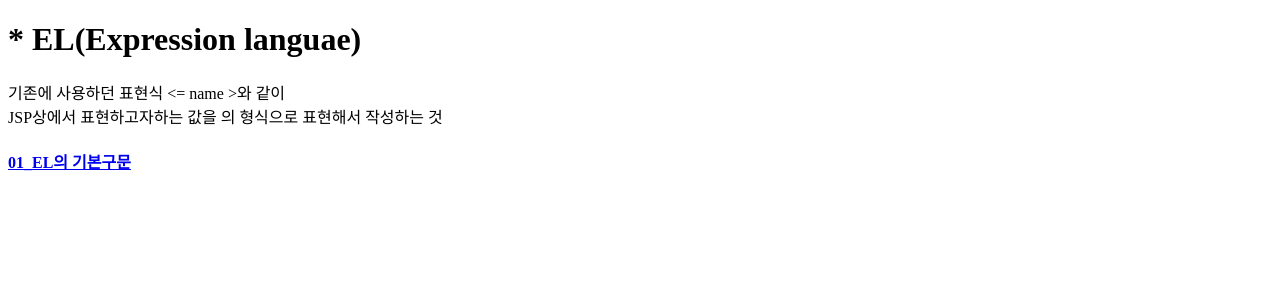
Repository: HwangInTae82/JSPProject
Page: http://localhost/elAction/
The author's editor kept a copy of each file at every save. The page is drawn from the files as they stood at one save, then again after the next save.
The browser window is 1280 px wide. The pictures show the whole page.
The page is served by Tomcat 9. The template is opened directly, without the code that normally fills it, so the values that code supplies are empty.

Above is the page before, as saved 2025-02-24 00:27:20.

After the next save:
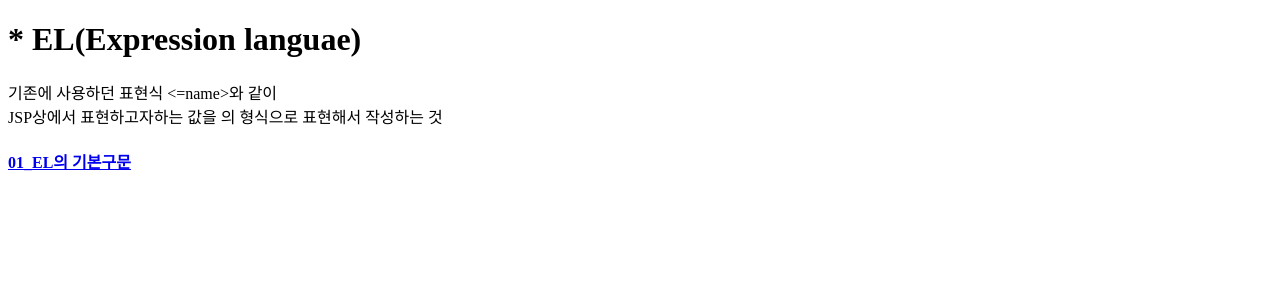
Saved 6 s later.
--- a/elAction/src/main/webapp/index.jsp
+++ b/elAction/src/main/webapp/index.jsp
@@ -10,7 +10,7 @@
     <h1>* EL(Expression languae)</h1>
 
     <p>
-        기존에 사용하던 표현식 &lt;= name &gt;와 같이 <br>
+        기존에 사용하던 표현식 &lt;=name&gt;와 같이 <br>
         JSP상에서 표현하고자하는 값을 ${name}의 형식으로 표현해서 작성하는 것
     </p>
 
